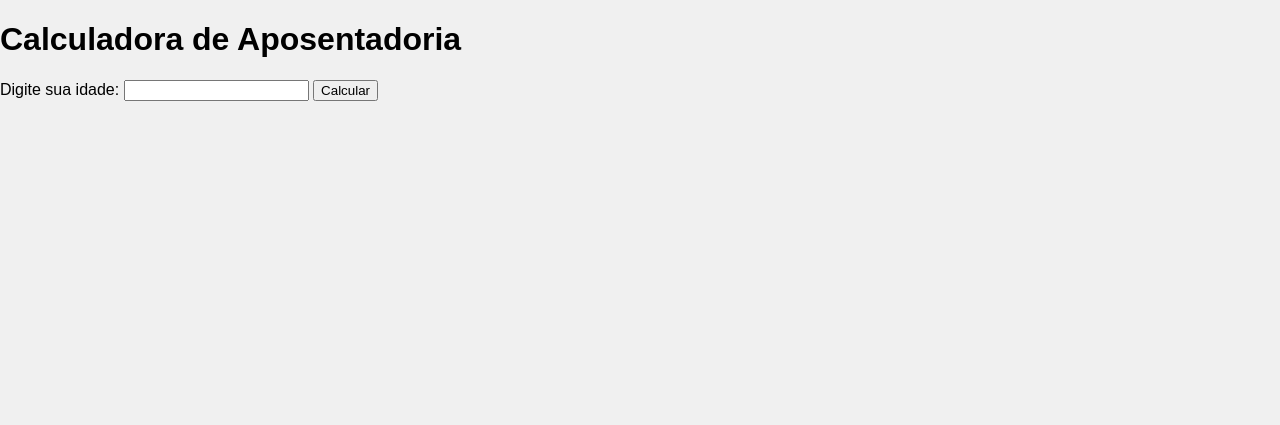
Repository: Gabrielb0rn/Java-script.io
Page: 19aula 1208/index.html
An editor plug-in stored every save of this project. The page is shown before and after the next save, followed by the edit.
The browser window is 1280 px wide. The pictures show the whole page.

Above is the page before, as saved 2024-08-12 08:36:06.

### 19aula 1208/index.html
<!-- Site de Atividades -->

<!DOCTYPE html>
<html lang="pt-BR">
<head>
    <meta charset="UTF-8">
    <meta name="viewport" content="width=device-width, initial-scale=1.0">
    <title>Site de atividades - aula 19</title>
    <link rel="stylesheet" href="assets/style.css">
</head>
<body>
    <h1>Calculadora de Aposentadoria</h1>
    <form class="container" id="formAposentadoria">
        <label for="idade">Digite sua idade:</label>
        <input type="number" id="idade" name="idade" required>
        <button type="submit">Calcular</button>
    </form>
    <p id="resultado"></p>

    <script src="assets/scripts.js"></script>
</body>
</html>

### 19aula 1208/assets/style.css
body {
    background-color: #f0f0f0;
    font-family: Arial, sans-serif;
    margin: 0;
    padding: 0;
}

header {
    background-color: #333;
    color: #fff;
    padding: 20px;
    text-align: center;
}

### 19aula 1208/assets/scripts.js










//  --------------------------------- Aposentadoria ---------------------------------------------

document.getElementById('formAposentadoria').addEventListener('submit', function(event) {
    event.preventDefault();
    const idade = document.getElementById('idade').value;
    const idadeMinimaParaAposentadoria = 65;
    let resultado;

    if (idade >= idadeMinimaParaAposentadoria) {
        resultado = "Você já pode se aposentar.";
    } else {
        const anosRestantes = idadeMinimaParaAposentadoria - idade;
        resultado = `Faltam ${anosRestantes} anos para você se aposentar.`;
    }

    document.getElementById('resultado').innerText = resultado;
});

// -----------------------------------------------------------------------------------------------

After the next save:
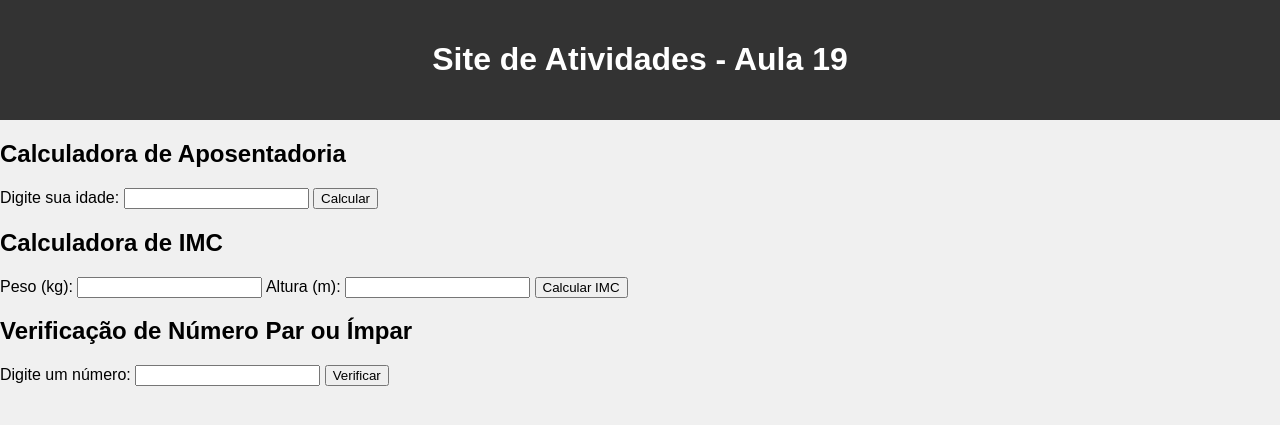
Saved 2 min 47 s later.
--- a/19aula 1208/index.html
+++ b/19aula 1208/index.html
@@ -1,5 +1,3 @@
-<!-- Site de Atividades -->
-
 <!DOCTYPE html>
 <html lang="pt-BR">
 <head>
@@ -9,13 +7,46 @@
     <link rel="stylesheet" href="assets/style.css">
 </head>
 <body>
-    <h1>Calculadora de Aposentadoria</h1>
-    <form class="container" id="formAposentadoria">
-        <label for="idade">Digite sua idade:</label>
-        <input type="number" id="idade" name="idade" required>
-        <button type="submit">Calcular</button>
-    </form>
-    <p id="resultado"></p>
+    <header>
+        <h1>Site de Atividades - Aula 19</h1>
+    </header>
+
+    <!-- Seção da Atividade 1: Calculadora de Aposentadoria -->
+    <section>
+        <h2>Calculadora de Aposentadoria</h2>
+        <form class="container" id="formAposentadoria">
+            <label for="idade">Digite sua idade:</label>
+            <input type="number" id="idade" name="idade" required>
+            <button type="submit">Calcular</button>
+        </form>
+        <p id="resultadoAposentadoria"></p>
+    </section>
+
+    <!-- Seção da Atividade 2: Calculadora de IMC -->
+    <section>
+        <h2>Calculadora de IMC</h2>
+        <form class="container" id="formIMC">
+            <label for="peso">Peso (kg):</label>
+            <input type="number" id="peso" name="peso" required>
+            <label for="altura">Altura (m):</label>
+            <input type="number" id="altura" name="altura" step="0.01" required>
+            <button type="submit">Calcular IMC</button>
+        </form>
+        <p id="resultadoIMC"></p>
+    </section>
+
+    <!-- Seção da Atividade 3: Verificação de Número Par ou Ímpar -->
+    <section>
+        <h2>Verificação de Número Par ou Ímpar</h2>
+        <form class="container" id="formParImpar">
+            <label for="numero">Digite um número:</label>
+            <input type="number" id="numero" name="numero" required>
+            <button type="submit">Verificar</button>
+        </form>
+        <p id="resultadoParImpar"></p>
+    </section>
+
+    <!-- Adicione mais seções conforme necessário -->
 
     <script src="assets/scripts.js"></script>
 </body>

After the save that followed:
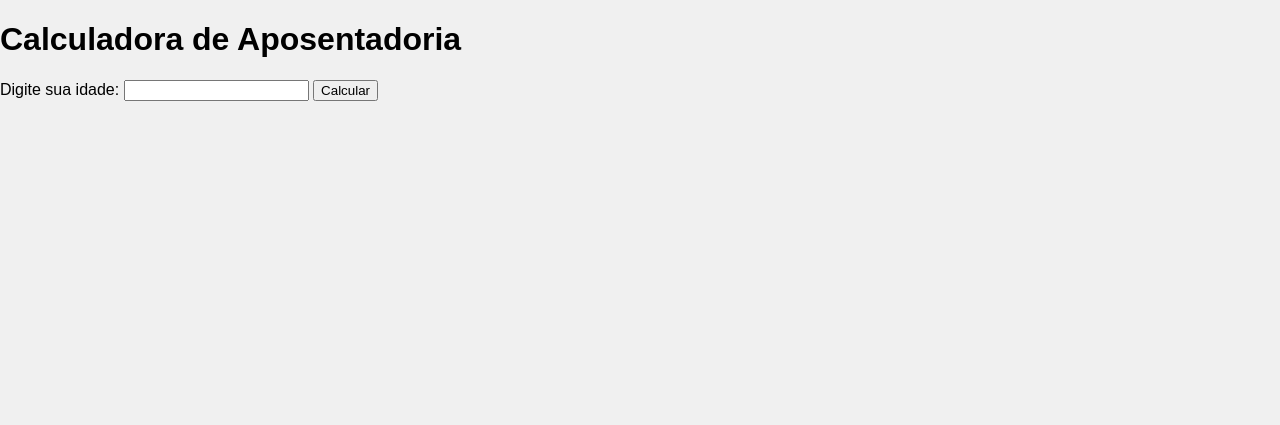
Saved 21 s later.
--- a/19aula 1208/index.html
+++ b/19aula 1208/index.html
@@ -1,3 +1,5 @@
+<!-- Site de Atividades -->
+
 <!DOCTYPE html>
 <html lang="pt-BR">
 <head>
@@ -7,46 +9,13 @@
     <link rel="stylesheet" href="assets/style.css">
 </head>
 <body>
-    <header>
-        <h1>Site de Atividades - Aula 19</h1>
-    </header>
-
-    <!-- Seção da Atividade 1: Calculadora de Aposentadoria -->
-    <section>
-        <h2>Calculadora de Aposentadoria</h2>
-        <form class="container" id="formAposentadoria">
-            <label for="idade">Digite sua idade:</label>
-            <input type="number" id="idade" name="idade" required>
-            <button type="submit">Calcular</button>
-        </form>
-        <p id="resultadoAposentadoria"></p>
-    </section>
-
-    <!-- Seção da Atividade 2: Calculadora de IMC -->
-    <section>
-        <h2>Calculadora de IMC</h2>
-        <form class="container" id="formIMC">
-            <label for="peso">Peso (kg):</label>
-            <input type="number" id="peso" name="peso" required>
-            <label for="altura">Altura (m):</label>
-            <input type="number" id="altura" name="altura" step="0.01" required>
-            <button type="submit">Calcular IMC</button>
-        </form>
-        <p id="resultadoIMC"></p>
-    </section>
-
-    <!-- Seção da Atividade 3: Verificação de Número Par ou Ímpar -->
-    <section>
-        <h2>Verificação de Número Par ou Ímpar</h2>
-        <form class="container" id="formParImpar">
-            <label for="numero">Digite um número:</label>
-            <input type="number" id="numero" name="numero" required>
-            <button type="submit">Verificar</button>
-        </form>
-        <p id="resultadoParImpar"></p>
-    </section>
-
-    <!-- Adicione mais seções conforme necessário -->
+    <h1>Calculadora de Aposentadoria</h1>
+    <form class="container" id="formAposentadoria">
+        <label for="idade">Digite sua idade:</label>
+        <input type="number" id="idade" name="idade" required>
+        <button type="submit">Calcular</button>
+    </form>
+    <p id="resultado"></p>
 
     <script src="assets/scripts.js"></script>
 </body>
